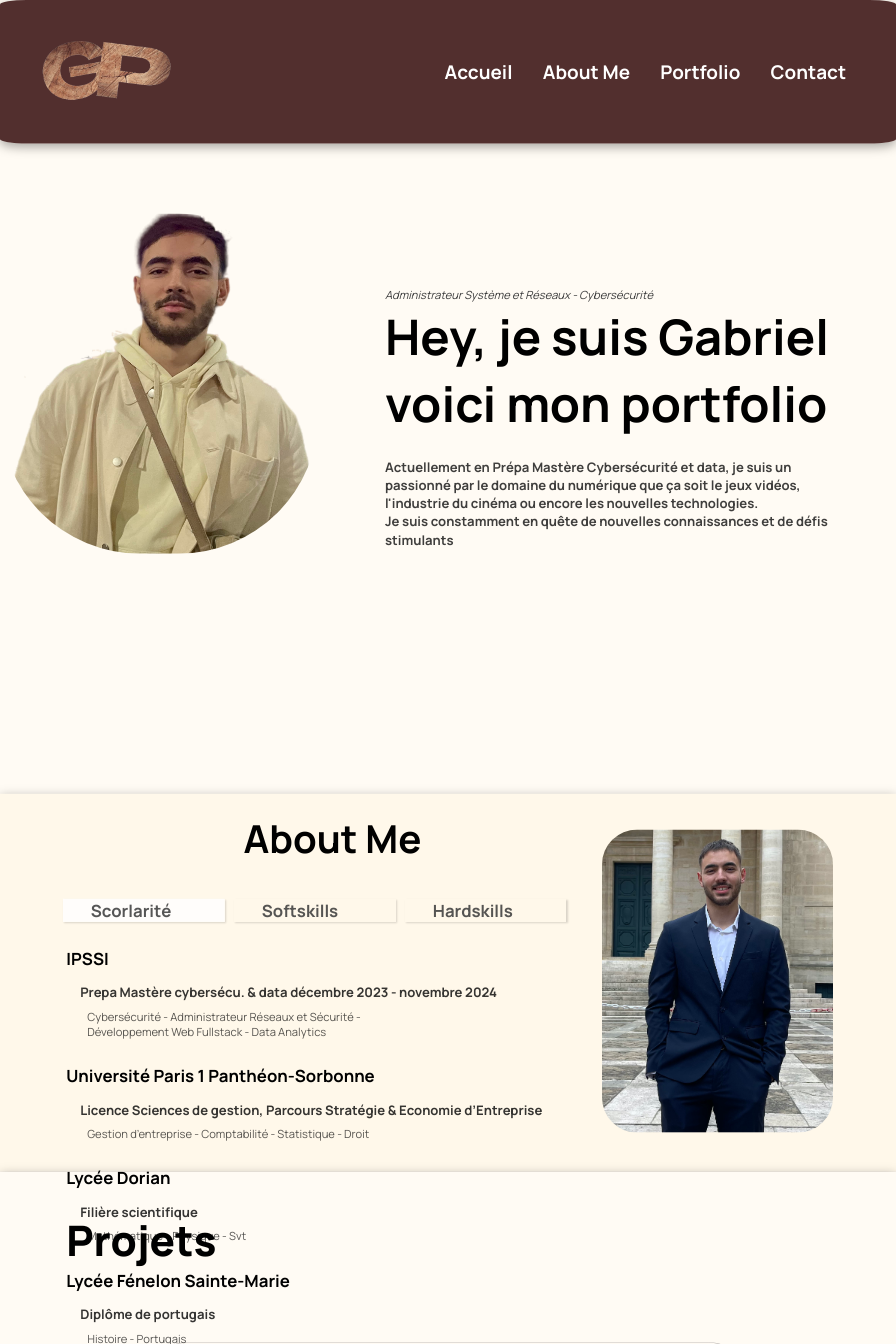
Repository: Gabtorinho25/Portfolio-Web-Site
Page: index.html
An editor plug-in stored every save of this project. The page is shown before and after the next save, followed by the edit.
The browser window is 1280 px wide. The pictures show the part of the page from y = 0 to 1920 px (the page is 3726 px tall), at 70% of full size.
A picture or video elsewhere on the page could not be fetched, so the positions and the page height are approximate.

Above is the page before, as saved 2024-04-17 15:41:22.

After the next save:
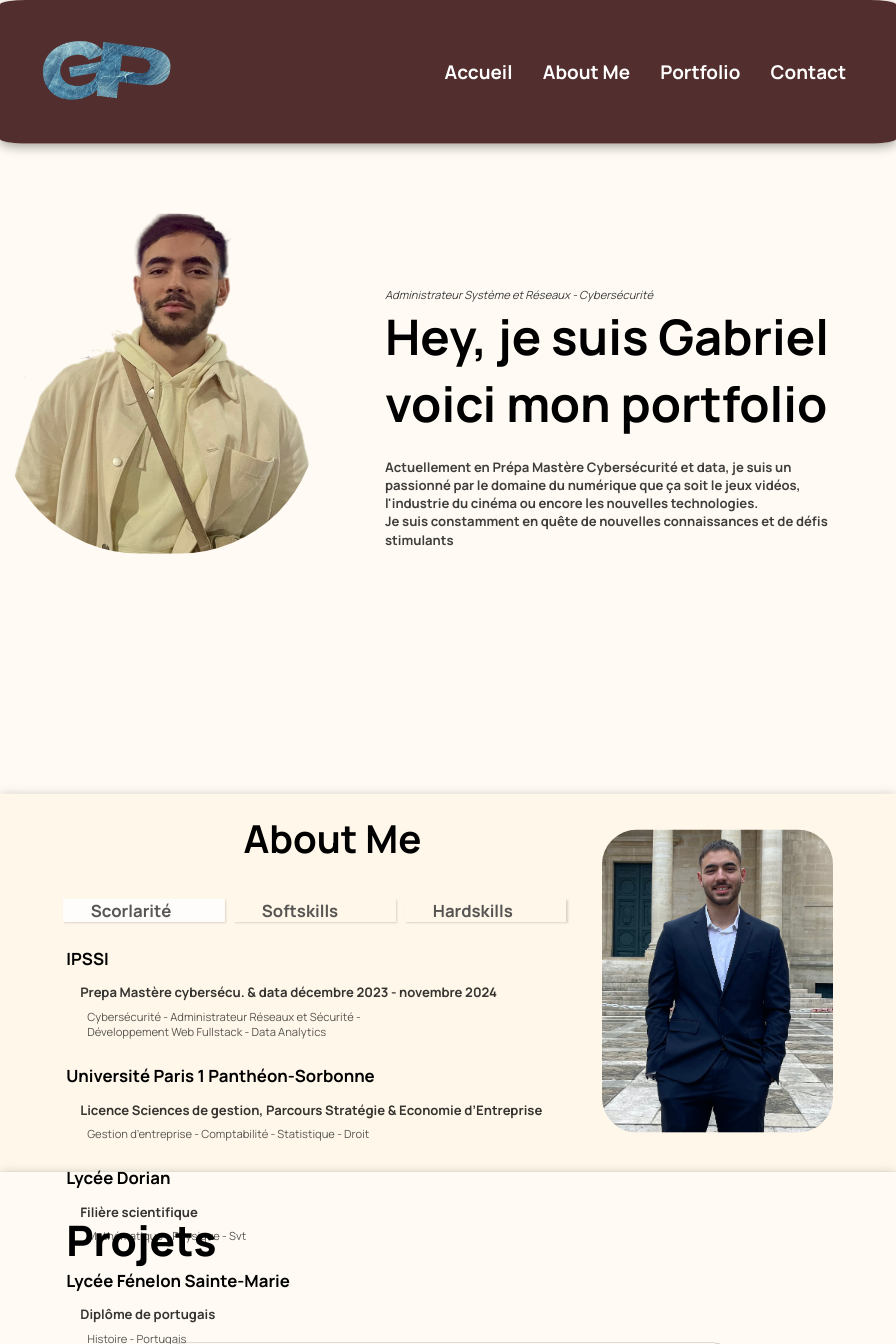
Saved 16 s later.
--- a/index.html
+++ b/index.html
@@ -22,7 +22,7 @@
       <div class=" relative" id="header">
         <nav class="shadow">
           <a href="http://127.0.0.1:5500/">
-            <img class="logo whithe-filter" src="/Image/Logo.png" alt="logo"
+            <img class="logo white-filter" src="/Image/Logo.png" alt="logo"
           /></a>
           <ul>
             <li><a href="http://127.0.0.1:5500/">Accueil</a></li>
